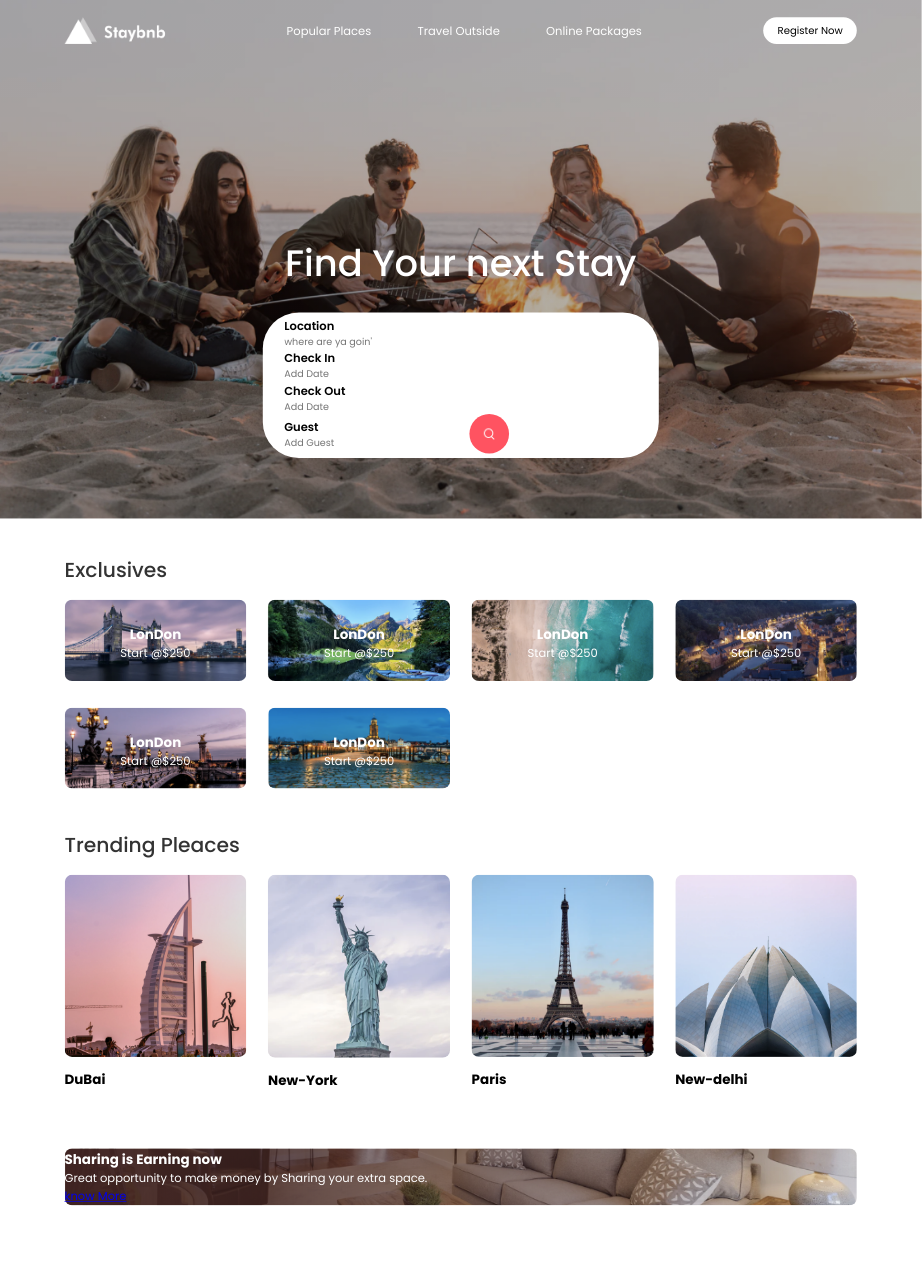
Repository: pinocoding/AirBnB
Page: house.html
These files come from the project's save history. The page is drawn as it stood at one moment and after the next save; the edit follows.
The browser window is 1280 px wide. The pictures show the whole page, at 72% of full size.

Above is the page before, as saved 2022-01-23 15:48:43.

After the next save:
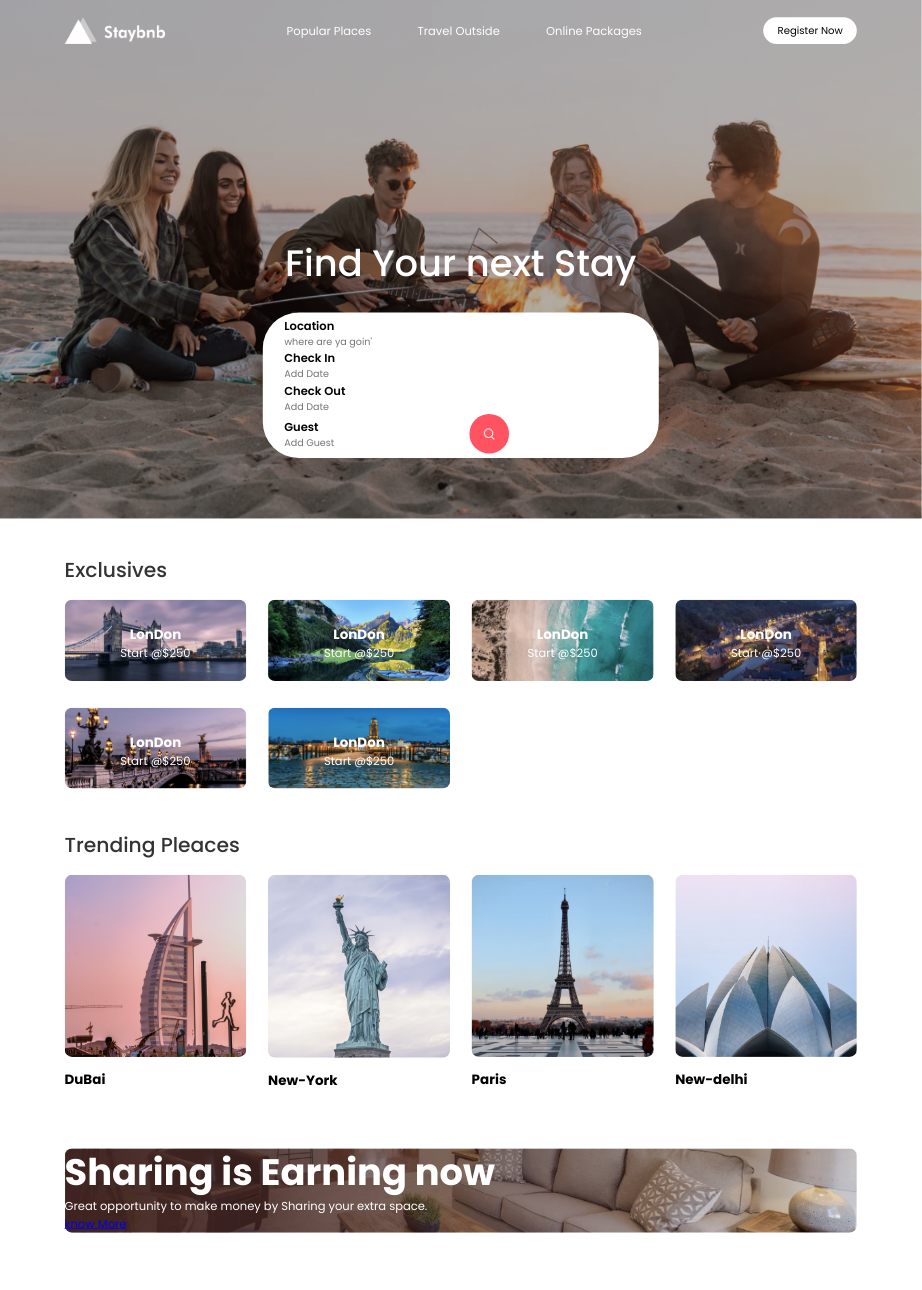
Saved 17 s later.
--- a/style.css
+++ b/style.css
@@ -157,5 +157,6 @@ padding-top: 22%
 
 }
 .cta  h3 {
-
+  font-size: 4vw ;
+  line-height: 5.3vw ;
 }
